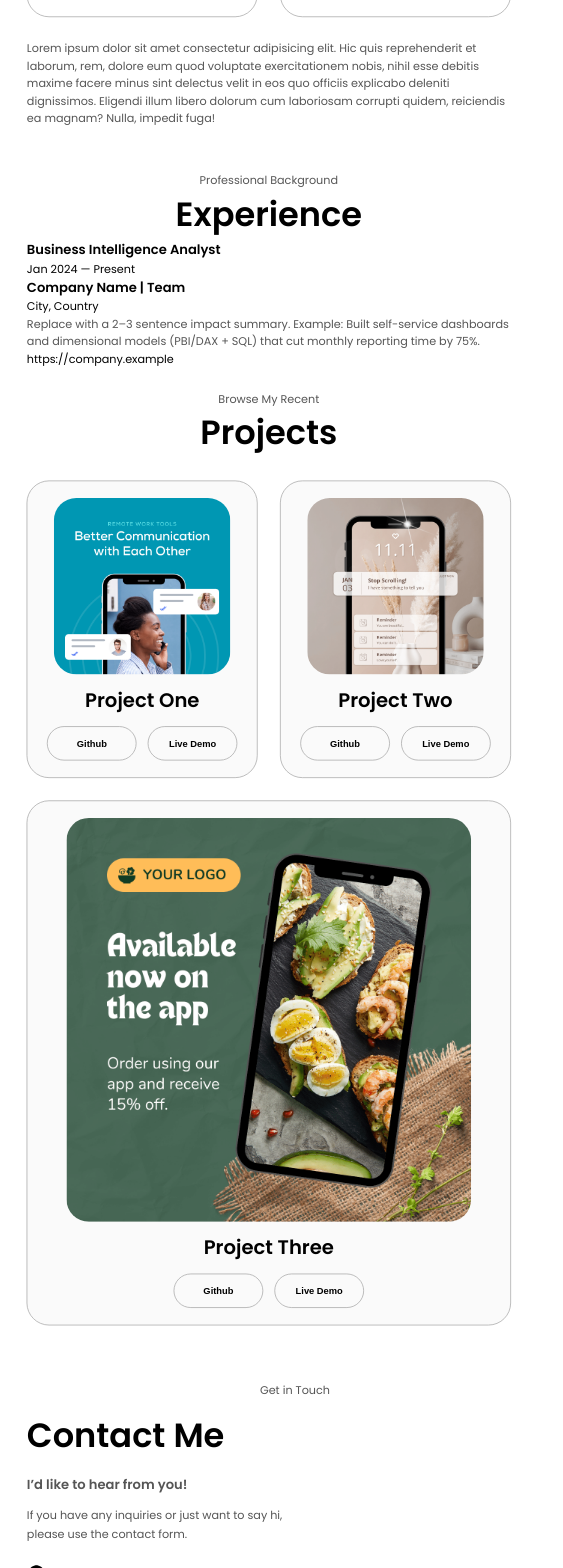
Repository: Komal-A99/komal-albhar
Page: index.html
The author's editor kept a copy of each file at every save. The page is drawn from the files as they stood at one save, then again after the next save.
The browser window is 768 px wide. The page is 804 px wide, so the pictures cover 804 px, including what lies to the right of the window. The pictures show the part of the page from y = 1169 to 3409 px (the page is 4274 px tall before and 4427 px after), at 70% of full size.

Above is the page before, as saved 2025-08-26 10:10:19.

### index.html
<!DOCTYPE html>
<html lang="en">
  <head>
    <meta charset="UTF-8" />
    <meta http-equiv="X-UA-Compatible" content="IE=edge" />
    <meta name="viewport" content="width=device-width, initial-scale=1.0" />
    <title>Komal Albhar Portfolio</title>
    <link rel="stylesheet" href="style.css" />
    <link rel="stylesheet" href="mediaqueries.css" />
    <link rel="icon" type="image/gif" href="career.gif" />
  </head>
  <body>
    <nav id="desktop-nav">
      <div class="logo">Komal Albhar</div>
      <div>
        <ul class="nav-links">
          <li><a href="#about">About</a></li>
          <li><a href="#experience">Experience</a></li>
          <li><a href="#projects">Projects</a></li>
          <li><a href="#contact">Contact</a></li>
        </ul>
      </div>
    </nav>
    <nav id="hamburger-nav">
      <div class="logo">Komal Albhar</div>
      <div class="hamburger-menu">
        <div class="hamburger-icon" onclick="toggleMenu()">
          <span></span>
          <span></span>
          <span></span>
        </div>
        <div class="menu-links">
          <li><a href="#about" onclick="toggleMenu()">About</a></li>
          <li><a href="#experience" onclick="toggleMenu()">Experience</a></li>
          <li><a href="#projects" onclick="toggleMenu()">Projects</a></li>
          <li><a href="#contact" onclick="toggleMenu()">Contact</a></li>
        </div>
      </div>
    </nav>
    <section id="profile">
      <div class="section__pic-container">
        <img src="./assets/profile-pic.jpeg" alt="Komal Albhar profile picture" />
      </div>
      <div class="section__text">
        <p class="section__text__p1">Hello, I'm</p>
        <h1 class="title">Komal Albhar</h1>
        <p class="section__text__p2"><span id="rotating-text" class="fancy-title"></span></p>
        <div class="btn-container">
          <button
            class="btn btn-color-2"
            onclick="window.open('./assets/resume-example.pdf')"
          >
            Download CV
          </button>
          <button class="btn btn-color-1" onclick="location.href='./#contact'">
            Contact Info
          </button>
        </div>
        <div id="socials-container">
          <img
            src="./assets/linkedin.png"
            alt="My LinkedIn profile"
            class="icon"
            onclick="location.href='https://www.linkedin.com/in/komal-s-b44762373/'"
          />
          <img
            src="./assets/github.png"
            alt="My Github profile"
            class="icon"
            onclick="location.href='https://github.com/Komal-A99'"
          />
          <img
          src="./assets/visualization.png"
          alt="My Visualization profile"
          class="icon"
          onclick="location.href='https://public.tableau.com/app/profile/komal.albhar/vizzes'"
        />
        </div>
      </div>
    </section>
    <section id="about">
      <p class="section__text__p1">Get To Know More</p>
      <h1 class="title">About Me</h1>
      <div class="section-container">
       <!-- <div class="section__pic-container">
        <img
          src="./assets/about-pic.png"
          alt="Profile picture"
          class="about-pic"
        />

      </div>-->
        <div class="about-details-container">
          <div class="about-containers">
            <div class="details-container">
              <img
                src="./assets/experience.png"
                alt="Experience icon"
                class="icon"
              />
              <h3>Experience</h3>
              <p>3 years <br />Data Analyst </p>
            </div>
            <div class="details-container">
              <img
                src="./assets/education.png"
                alt="Education icon"
                class="icon"
              />
              <h3>Education</h3>
              <p>B.E. Bachelors Degree<br />M.S. Masters Degree</p>
            </div>
          </div>
          <div class="text-container">
            <p>
              Lorem ipsum dolor sit amet consectetur adipisicing elit. Hic quis
              reprehenderit et laborum, rem, dolore eum quod voluptate
              exercitationem nobis, nihil esse debitis maxime facere minus sint
              delectus velit in eos quo officiis explicabo deleniti dignissimos.
              Eligendi illum libero dolorum cum laboriosam corrupti quidem,
              reiciendis ea magnam? Nulla, impedit fuga!
            </p>
          </div>
        </div>
      </div>
      <img
        src="./assets/arrow.png"
        alt="Arrow icon"
        class="icon arrow"
        onclick="location.href='./#experience'"
      />
    </section>
    <section id="experience">
      <p class="section__text__p1">Professional Background</p>
      <h1 class="title">Experience</h1>

      <div class="timeline">
        <!-- ITEM -->
        <div class="tl-item">
          <div class="tl-left">
            <h3>Business Intelligence Analyst</h3>
            <div class="tl-date">Jan 2024 — Present</div>
          </div>
          <div class="tl-right">
            <h3 class="company">Company Name | Team</h3>
            <div class="location">City, Country</div>
            <p class="desc">
              Replace with a 2–3 sentence impact summary. Example: Built self-service dashboards and
              dimensional models (PBI/DAX + SQL) that cut monthly reporting time by 75%.
            </p>
            <a class="tl-link" href="#" target="_blank" rel="noreferrer">https://company.example</a>
          </div>
        </div>

        <!-- Duplicate tl-item blocks for each role -->
      </div>
    </section>

    <section id="projects">
      <p class="section__text__p1">Browse My Recent</p>
      <h1 class="title">Projects</h1>
      <div class="experience-details-container">
        <div class="about-containers">
          <div class="details-container color-container">
            <div class="article-container">
              <img
                src="./assets/project-1.png"
                alt="Project 1"
                class="project-img"
              />
            </div>
            <h2 class="experience-sub-title project-title">Project One</h2>
            <div class="btn-container">
              <button
                class="btn btn-color-2 project-btn"
                onclick="location.href='https://github.com/'"
              >
                Github
              </button>
              <button
                class="btn btn-color-2 project-btn"
                onclick="location.href='https://github.com/'"
              >
                Live Demo
              </button>
            </div>
          </div>
          <div class="details-container color-container">
            <div class="article-container">
              <img
                src="./assets/project-2.png"
                alt="Project 2"
                class="project-img"
              />
            </div>
            <h2 class="experience-sub-title project-title">Project Two</h2>
            <div class="btn-container">
              <button
                class="btn btn-color-2 project-btn"
                onclick="location.href='https://github.com/'"
              >
                Github
              </button>
              <button
                class="btn btn-color-2 project-btn"
                onclick="location.href='https://github.com/'"
              >
                Live Demo
              </button>
            </div>
          </div>
          <div class="details-container color-container">
            <div class="article-container">
              <img
                src="./assets/project-3.png"
                alt="Project 3"
                class="project-img"
              />
            </div>
            <h2 class="experience-sub-title project-title">Project Three</h2>
            <div class="btn-container">
              <button
                class="btn btn-color-2 project-btn"
                onclick="location.href='https://github.com/'"
              >
                Github
              </button>
              <button
                class="btn btn-color-2 project-btn"
                onclick="location.href='https://github.com/'"
              >
                Live Demo
              </button>
            </div>
          </div>
        </div>
      </div>
      <img
        src="./assets/arrow.png"
        alt="Arrow icon"
        class="icon arrow"
        onclick="location.href='./#contact'"
      />
    </section>
    <section id="contact">
      <div class="contact-wrap">
        <!-- LEFT: copy -->
        <div class="contact-left">
          <p class="section__text__p1">Get in Touch</p>
          <h1 class="title contact-title">Contact Me</h1>

          <h3 class="contact-sub">I’d like to hear from you!</h3>
          <p class="contact-blurb">
            If you have any inquiries or just want to say hi, please use the contact form.
          </p>

          <a class="contact-email" href="mailto:albhar.komal@gmail.com">
            <img src="./assets/email.png" alt="Email icon" class="icon contact-icon email-icon" />
            albhar.komal@gmail.com
          </a>

          <div class="contact-socials">
            <img
              src="./assets/linkedin.png"
              alt="LinkedIn"
              class="icon"
              onclick="location.href='https://www.linkedin.com/in/komal-s-b44762373/'"
            />
            <img
              src="./assets/github.png"
              alt="GitHub"
              class="icon"
              onclick="location.href='https://github.com/Komal-A99'"
            />
            <img
              src="./assets/visualization.png"
              alt="Tableau"
              class="icon"
              onclick="location.href='https://public.tableau.com/app/profile/komal.albhar/vizzes'"
            />
          </div>
        </div>

        <!-- RIGHT: form -->
        <form class="contact-form">
          <div class="form-row two-col">
            <div class="form-field">
              <label for="first">First Name</label>
              <input id="first" name="first" type="text" autocomplete="given-name" required />
            </div>
            <div class="form-field">
              <label for="last">Last Name</label>
              <input id="last" name="last" type="text" autocomplete="family-name" required />
            </div>
          </div>

          <div class="form-row">
            <div class="form-field">
              <label for="email">Email <span aria-hidden="true">*</span></label>
              <input id="email" name="email" type="email" autocomplete="email" required />
            </div>
          </div>

          <div class="form-row">
            <div class="form-field">
              <label for="message">Message</label>
              <textarea id="message" name="message" rows="6" placeholder="Write your message…"></textarea>
            </div>
          </div>

          <div class="form-actions">
            <button type="submit" class="btn btn-color-1 send-btn">Send</button>
          </div>
        </form>
      </div>
    </section>
    <footer>
      <nav>
        <div class="nav-links-container">
          <ul class="nav-links">
            <li><a href="#about">About</a></li>
            <li><a href="#experience">Experience</a></li>
            <li><a href="#projects">Projects</a></li>
            <li><a href="#contact">Contact</a></li>
          </ul>
        </div>
      </nav>
      <p>Copyright &#169; 2024 Komal Albhar. All Rights Reserved.</p>
    </footer>
    <script src="script.js"></script>
  </body>
</html>

### style.css
/* GENERAL */

@import url("https://fonts.googleapis.com/css2?family=Poppins:wght@300;400;500;600&display=swap");

* {
  margin: 0;
  padding: 0;
}

body {
  font-family: "Poppins", sans-serif;
}

html {
  scroll-behavior: smooth;
}

p {
  color: rgb(85, 85, 85);
}

/* TRANSITION */

a,
.btn {
  transition: all 300ms ease;
}

/* DESKTOP NAV */

nav,
.nav-links {
  display: flex;
}

nav {
  justify-content: space-around;
  align-items: center;
  height: 17vh;
}

.nav-links {
  gap: 2rem;
  list-style: none;
  font-size: 1.5rem;
}

a {
  color: black;
  text-decoration: none;
  text-decoration-color: white;
}

a:hover {
  color: grey;
  text-decoration: underline;
  text-underline-offset: 1rem;
  text-decoration-color: rgb(181, 181, 181);
}

.logo {
  font-size: 2rem;
}

.logo:hover {
  cursor: default;
}

/* HAMBURGER MENU */

#hamburger-nav {
  display: none;
}

.hamburger-menu {
  position: relative;
  display: inline-block;
}

.hamburger-icon {
  display: flex;
  flex-direction: column;
  justify-content: space-between;
  height: 24px;
  width: 30px;
  cursor: pointer;
}

.hamburger-icon span {
  width: 100%;
  height: 2px;
  background-color: black;
  transition: all 0.3 ease-in-out;
}

.menu-links {
  position: absolute;
  top: 100%;
  right: 0;
  background-color: white;
  width: fit-content;
  max-height: 0;
  overflow: hidden;
  transition: all 0.3 ease-in-out;
}

.menu-links a {
  display: block;
  padding: 10px;
  text-align: center;
  font-size: 1.5rem;
  color: black;
  text-decoration: none;
  transition: all 0.3 ease-in-out;
}

.menu-links li {
  list-style: none;
}

.menu-links.open {
  max-height: 300px;
}

.hamburger-icon.open span:first-child {
  transform: rotate(45deg) translate(10px, 5px);
}

.hamburger-icon.open span:nth-child(2) {
  opacity: 0;
}

.hamburger-icon.open span:last-child {
  transform: rotate(-45deg) translate(10px, -5px);
}

.hamburger-icon span:first-child {
  transform: none;
}

.hamburger-icon span:first-child {
  opacity: 1;
}

.hamburger-icon span:first-child {
  transform: none;
}

/* SECTIONS */

section {
  padding-top: 4vh;
  height: 96vh;
  margin: 0 10rem;
  box-sizing: border-box;
  min-height: fit-content;
}

.section-container {
  display: flex;
}

/* PROFILE SECTION */

#profile {
  display: flex;
  justify-content: center;
  gap: 5rem;
  height: 80vh;
}

.section__pic-container {
  display: flex;
  height: 400px;
  width: 400px;
  margin: auto 0;
}

.section__text {
  align-self: center;
  text-align: center;
}

.section__text p {
  font-weight: 600;
}

.section__text__p1 {
  text-align: center;
}

.section__text__p2 {
  font-size: 1.75rem;
  margin-bottom: 1rem;
}

.title {
  font-size: 3rem;
  text-align: center;
}

#socials-container {
  display: flex;
  justify-content: center;
  margin-top: 1rem;
  gap: 1rem;
}

/* Import a modern Google font */
@import url('https://fonts.googleapis.com/css2?family=Fira+Code:wght@500&display=swap');

.fancy-title {
  font-family: 'Fira Code', monospace;
  font-size: 1.75rem;
  opacity: 0;
  transition: opacity 0.5s ease-in-out;
  display: inline-block;
  color: #222;
}

/* Fade-in class toggled by JS */
.fade-in {
  opacity: 1;
}



/* ICONS */

.icon {
  cursor: pointer;
  height: 2rem;
}

/* BUTTONS */

.btn-container {
  display: flex;
  justify-content: center;
  gap: 1rem;
}

.btn {
  font-weight: 600;
  transition: all 300ms ease;
  padding: 1rem;
  width: 8rem;
  border-radius: 2rem;
}

.btn-color-1,
.btn-color-2 {
  border: rgb(53, 53, 53) 0.1rem solid;
}

.btn-color-1:hover,
.btn-color-2:hover {
  cursor: pointer;
}

.btn-color-1,
.btn-color-2:hover {
  background: rgb(53, 53, 53);
  color: white;
}

.btn-color-1:hover {
  background: rgb(0, 0, 0);
}

.btn-color-2 {
  background: none;
}

.btn-color-2:hover {
  border: rgb(255, 255, 255) 0.1rem solid;
}

.btn-container {
  gap: 1rem;
}

/* ABOUT SECTION */

#about {
  position: relative;
}

.about-containers {
  gap: 2rem;
  margin-bottom: 2rem;
  margin-top: 2rem;
}

.about-details-container {
  justify-content: center;
  flex-direction: column;
}

.about-containers,
.about-details-container {
  display: flex;
}

.about-pic {
  border-radius: 2rem;
}

.arrow {
  position: absolute;
  right: -5rem;
  bottom: 2.5rem;
}

.details-container {
  padding: 1.5rem;
  flex: 1;
  background: white;
  border-radius: 2rem;
  border: rgb(53, 53, 53) 0.1rem solid;
  border-color: rgb(163, 163, 163);
  text-align: center;
}

.section-container {
  gap: 4rem;
  height: 80%;
}

.section__pic-container {
  height: 400px;
  width: 400px;
  margin: auto 0;
}

/* EXPERIENCE SECTION */

#experience {
  position: relative;
}

.experience-sub-title {
  color: rgb(85, 85, 85);
  font-weight: 600;
  font-size: 1.75rem;
  margin-bottom: 2rem;
}

.experience-details-container {
  display: flex;
  justify-content: center;
  flex-direction: column;
}

.article-container {
  display: flex;
  text-align: initial;
  flex-wrap: wrap;
  flex-direction: row;
  gap: 2.5rem;
  justify-content: space-around;
}

article {
  display: flex;
  width: 10rem;
  justify-content: space-around;
  gap: 0.5rem;
}

article .icon {
  cursor: default;
}

/* PROJECTS SECTION */

#projects {
  position: relative;
}

.color-container {
  border-color: rgb(163, 163, 163);
  background: rgb(250, 250, 250);
}

.project-img {
  border-radius: 2rem;
  width: 90%;
  height: 90%;
}

.project-title {
  margin: 1rem;
  color: black;
}

.project-btn {
  color: black;
  border-color: rgb(163, 163, 163);
}

/* CONTACT */

#contact {
  padding-top: 6vh;
  height: fit-content;
  margin: 0 10rem;
}

.contact-wrap {
  display: grid;
  grid-template-columns: 1fr 1.2fr;
  gap: 3rem;
  align-items: start;
}

.contact-left {
  display: flex;
  flex-direction: column;
  gap: 1rem;
}

.contact-title {
  text-align: left;              /* keep big Poppins H1 but left-aligned */
}

.contact-sub {
  font-weight: 600;
  color: rgb(85,85,85);
  margin-top: .25rem;
}

.contact-blurb {
  line-height: 1.7;
  max-width: 40ch;
}

.contact-email {
  display: inline-flex;
  align-items: center;
  gap: .6rem;
  margin-top: .75rem;
  font-weight: 500;
}

.contact-socials {
  display: flex;
  gap: .75rem;
  margin-top: 1rem;
}

/* Card-like form on right */
.contact-form {
  background: #fff;
  border: 1px solid rgb(163,163,163);
  border-radius: 1.5rem;
  padding: 1.5rem;
}

.form-row {
  display: grid;
  gap: 1rem;
  margin-bottom: 1rem;
}

.form-row.two-col {
  grid-template-columns: 1fr 1fr;
}

.form-field {
  display: flex;
  flex-direction: column;
  gap: .4rem;
}

.contact-form label {
  font-size: .95rem;
  font-weight: 500;
  color: rgb(85,85,85);
}

.contact-form input,
.contact-form textarea {
  font-family: "Poppins", sans-serif;  /* match first design */
  font-size: 1rem;
  padding: .9rem 1rem;
  border: 1px solid rgb(200,200,200);
  border-radius: .75rem;
  outline: none;
  transition: border-color .2s ease, box-shadow .2s ease;
  background: #fff;
}

.contact-form input:focus,
.contact-form textarea:focus {
  border-color: rgb(53,53,53);
  box-shadow: 0 0 0 3px rgba(53,53,53,.08);
}

.form-actions {
  display: flex;
  justify-content: flex-end;   /* send button bottom-right like ref */
  margin-top: .5rem;
}

.send-btn {
  min-width: 8rem;
}

/* Keep icons consistent */
#contact .icon { height: 1.75rem; }

/* ===== Responsive tweaks ===== */
@media screen and (max-width: 1200px) {
  #contact { margin: 0 5%; }
  .contact-wrap { grid-template-columns: 1fr; }
  .contact-title { text-align: left; }
}

@media screen and (max-width: 600px) {
  .form-row.two-col { grid-template-columns: 1fr; }
}

/* FOOTER SECTION */

footer {
  height: 26vh;
  margin: 0 1rem;
}

footer p {
  text-align: center;
}

### mediaqueries.css
@media screen and (max-width: 1400px) {
    #profile {
      height: 83vh;
      margin-bottom: 6rem;
    }
    .about-containers {
      flex-wrap: wrap;
    }
    #contact,
    #projects {
      height: fit-content;
    }
  }

  @media screen and (max-width: 1200px) {
    #desktop-nav {
      display: none;
    }
    #hamburger-nav {
      display: flex;
    }
    #experience,
    .experience-details-container {
      margin-top: 2rem;
    }
    #profile,
    .section-container {
      display: block;
    }
    .arrow {
      display: none;
    }
    section,
    .section-container {
      height: fit-content;
    }
    section {
      margin: 0 5%;
    }
    .section__pic-container {
      width: 275px;
      height: 275px;
      margin: 0 auto 2rem;
    }
    .about-containers {
      margin-top: 0;
    }
  }

  @media screen and (max-width: 600px) {
    #contact,
    footer {
      height: 40vh;
    }
    #profile {
      height: 83vh;
      margin-bottom: 0;
    }
    article {
      font-size: 1rem;
    }
    footer nav {
      height: fit-content;
      margin-bottom: 2rem;
    }
    .about-containers,
    .contact-info-upper-container,
    .btn-container {
      flex-wrap: wrap;
    }
    .contact-info-container {
      margin: 0;
    }
    .contact-info-container p,
    .nav-links li a {
      font-size: 1rem;
    }
    .experience-sub-title {
      font-size: 1.25rem;
    }
    .logo {
      font-size: 1.5rem;
    }
    .nav-links {
      flex-direction: column;
      gap: 0.5rem;
      text-align: center;
    }
    .section__pic-container {
      width: auto;
      height: 46vw;
      justify-content: center;
    }
    .section__text__p2 {
      font-size: 1.25rem;
    }
    .title {
      font-size: 2rem;
    }
    .text-container {
      text-align: justify;
    }
  }

### script.js
function toggleMenu() {
    const menu = document.querySelector(".menu-links");
    const icon = document.querySelector(".hamburger-icon");
    menu.classList.toggle("open");
    icon.classList.toggle("open");
  }

const titles = ["Data Analyst", "BI Analyst", "Data Engineer"];
let currentIndex = 0;
const rotatingText = document.getElementById("rotating-text");

function rotateTitle() {
  rotatingText.classList.remove("fade-in");

  // Wait for fade-out before changing text
  setTimeout(() => {
    rotatingText.textContent = titles[currentIndex];
    rotatingText.classList.add("fade-in");
    currentIndex = (currentIndex + 1) % titles.length;
  }, 300);
}

rotateTitle(); // Initial call
setInterval(rotateTitle, 2500); // Rotate every 2.5s

After the next save:
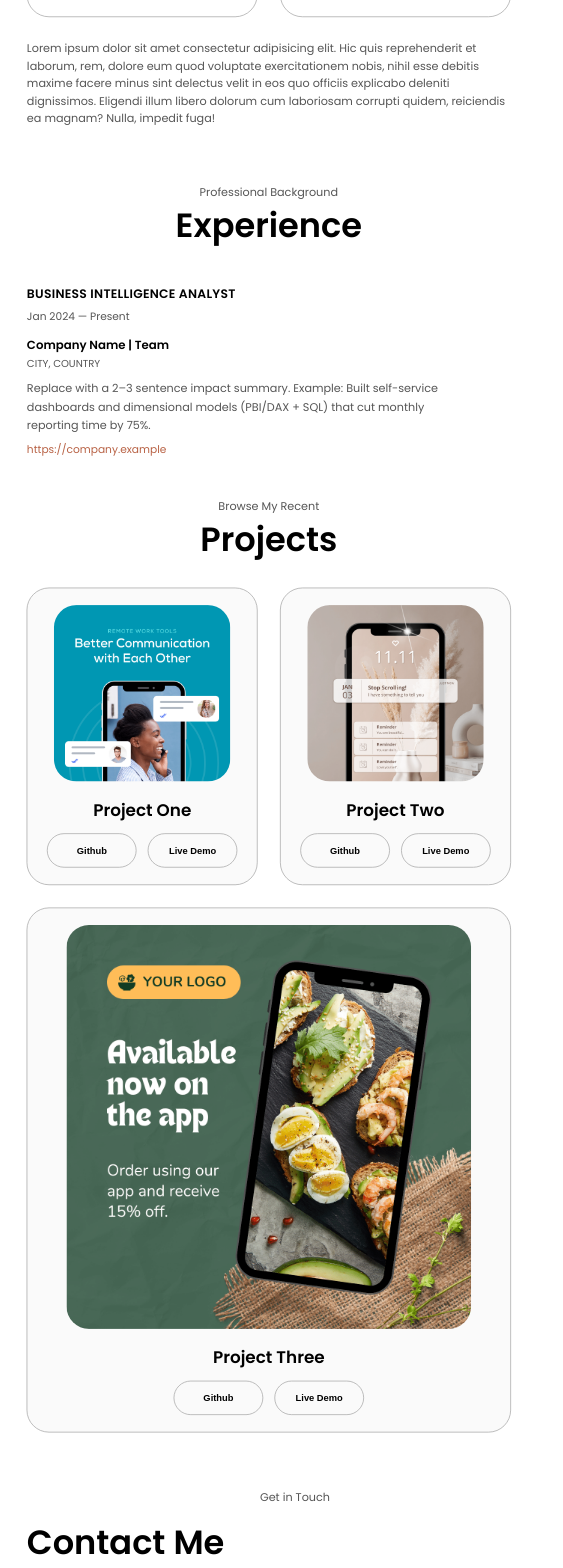
Saved 92 s later.
--- a/style.css
+++ b/style.css
@@ -335,42 +335,42 @@ section {
 
 /* EXPERIENCE SECTION */
 
-#experience {
+/* ===== EXPERIENCE TIMELINE ===== */
+#experience { padding-top: 6vh; height: fit-content; }
+.timeline { position: relative; margin-top: 1.5rem; }
+.timeline::before {
+  content: ""; position: absolute; left: 50%; top: 0; bottom: 0;
+  width: 2px; background: #d9cfc7; transform: translateX(-50%);
+}
+.tl-item {
   position: relative;
-}
-
-.experience-sub-title {
-  color: rgb(85, 85, 85);
-  font-weight: 600;
-  font-size: 1.75rem;
-  margin-bottom: 2rem;
-}
-
-.experience-details-container {
-  display: flex;
-  justify-content: center;
-  flex-direction: column;
-}
-
-.article-container {
-  display: flex;
-  text-align: initial;
-  flex-wrap: wrap;
-  flex-direction: row;
-  gap: 2.5rem;
-  justify-content: space-around;
-}
-
-article {
-  display: flex;
-  width: 10rem;
-  justify-content: space-around;
-  gap: 0.5rem;
-}
-
-article .icon {
-  cursor: default;
-}
+  display: grid; grid-template-columns: 1fr 1fr; gap: 4rem;
+  padding: 2rem 0;
+}
+.tl-item::after {
+  content: ""; position: absolute; top: 2.1rem; left: 50%;
+  transform: translate(-50%, -50%);
+  width: 11px; height: 11px; background: #b86245; border-radius: 50%;
+  box-shadow: 0 0 0 4px #f5eee8; /* halo */
+}
+.tl-left h3 {
+  text-transform: uppercase; letter-spacing: .4px;
+  font-weight: 700; font-size: 1.1rem; margin: 0 0 .5rem;
+}
+.tl-date { color: rgb(85,85,85); font-size: .95rem; }
+.tl-right h3.company { font-weight: 700; font-size: 1.05rem; margin: 0 0 .25rem; }
+.tl-right .location { text-transform: uppercase; font-size: .9rem; color: rgb(85,85,85); margin: 0 0 .6rem; }
+.tl-right .desc { color: rgb(85,85,85); line-height: 1.7; margin: 0 0 .5rem; max-width: 60ch; }
+.tl-link { color: #b86245; text-decoration: none; font-size: .95rem; }
+.tl-item + .tl-item { border-top: 1px dashed #eee; }
+
+/* Responsive */
+@media (max-width: 900px) {
+  .timeline::before { display: none; }
+  .tl-item { grid-template-columns: 1fr; gap: 1rem; padding: 1.5rem 0; }
+  .tl-item::after { display: none; }
+}
+
 
 /* PROJECTS SECTION */
 
